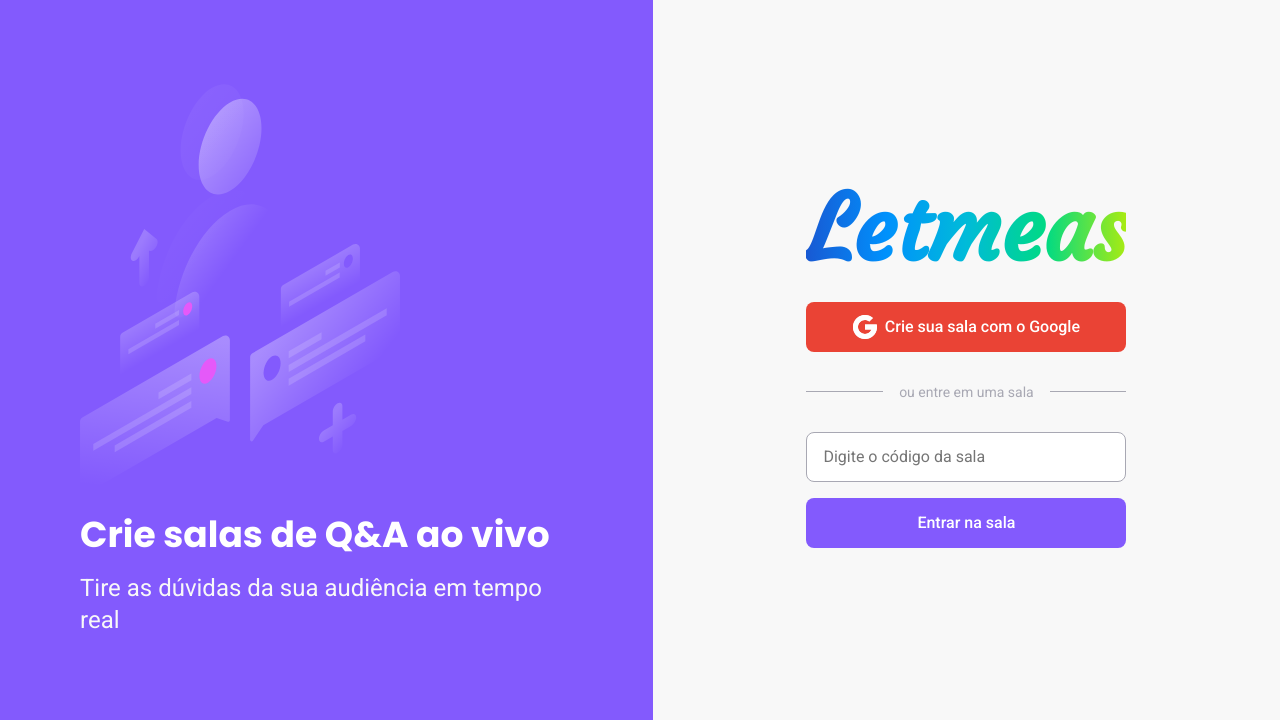
Repository: joaovnogueira/letmeask
Page: /
The author's editor kept a copy of each file at every save. The page is drawn from the files as they stood at one save, then again after the next save.
The browser window is 1280 px wide. The pictures show the whole page.
The project was rebuilt for these pictures with package versions that can differ from the ones it lists, and the page was loaded fresh each time. A package was used in the major version that the imports need, not the one package.json lists. Also part of the build but not shown: src/pages/NewRoom.tsx, src/components/Question.tsx, src/styles/room-code.scss, src/components/RoomCode.tsx, src/hooks/useRoom.tsx, src/styles/rooms.scss, src/pages/AdminRoom.tsx. Imported but missing from the stored project, and not drawn on this page: src/pages/Room.

Above is the page before, as saved 2022-03-12 15:19:52.

After the next save:
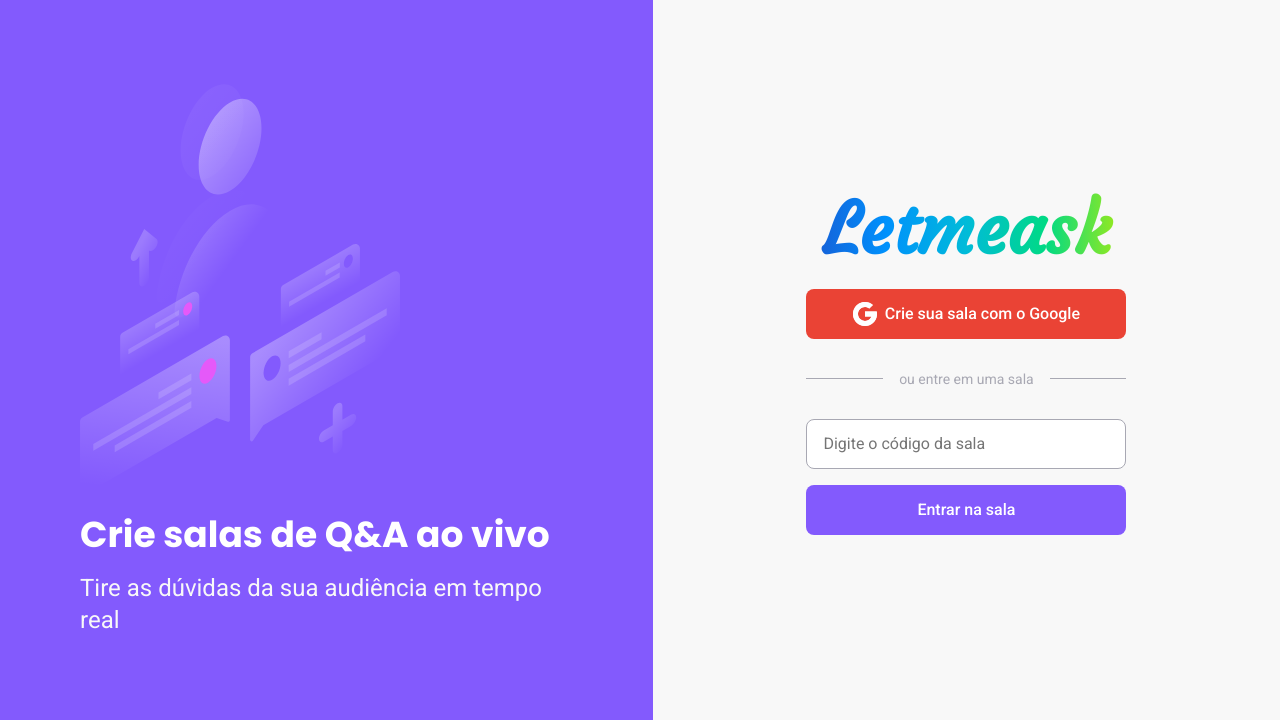
Saved 10 s later.
--- a/src/styles/auth.scss
+++ b/src/styles/auth.scss
@@ -56,7 +56,7 @@
 
         h1#Logo{
             font-family: 'Courgette', cursive;
-            font-size: 90px;
+            font-size: 70px;
             background-image:
             linear-gradient(to right, #1859d3, #0091fc, #00bbd9, #00da84, #a8eb12);
             background-clip: text;
